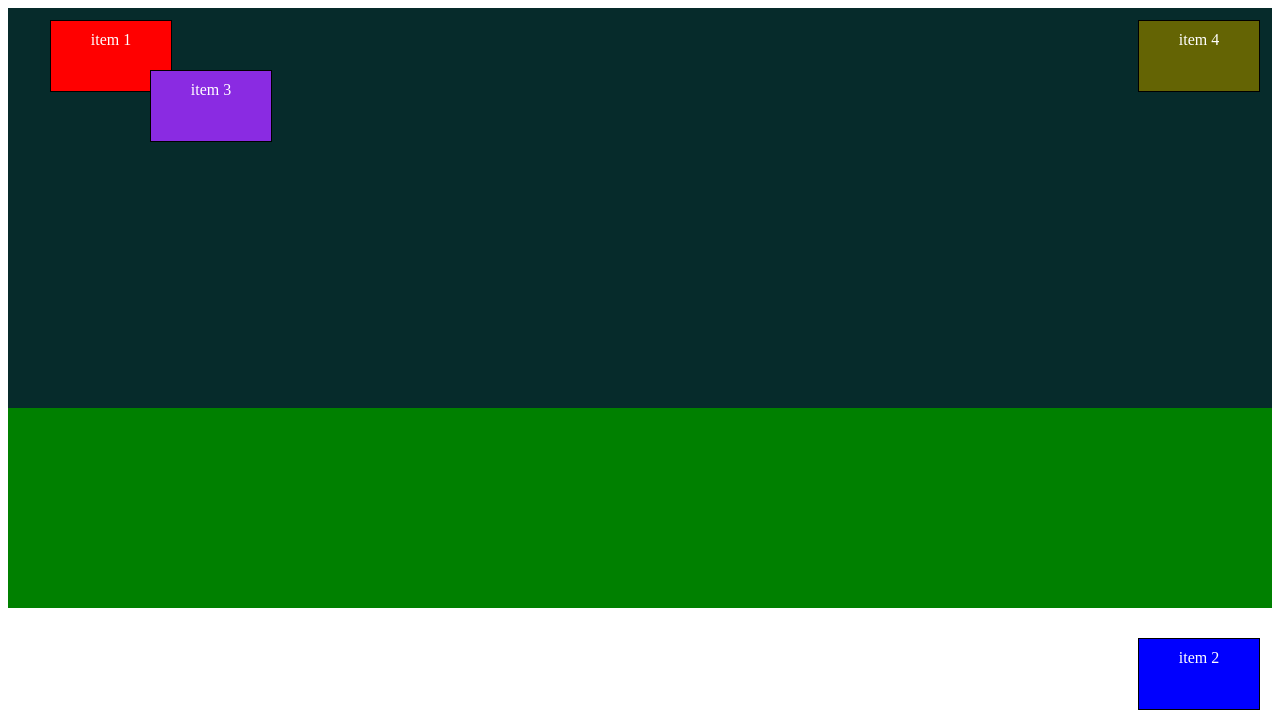
Repository: nmaury/TpsCambodge
Page: InternetProgramming/Css/sample.html
The author's editor kept a copy of each file at every save. The page is drawn from the files as they stood at one save, then again after the next save.
The browser window is 1280 px wide. The pictures show the whole page.

Above is the page before, as saved 2022-12-06 02:46:51.

After the next save:
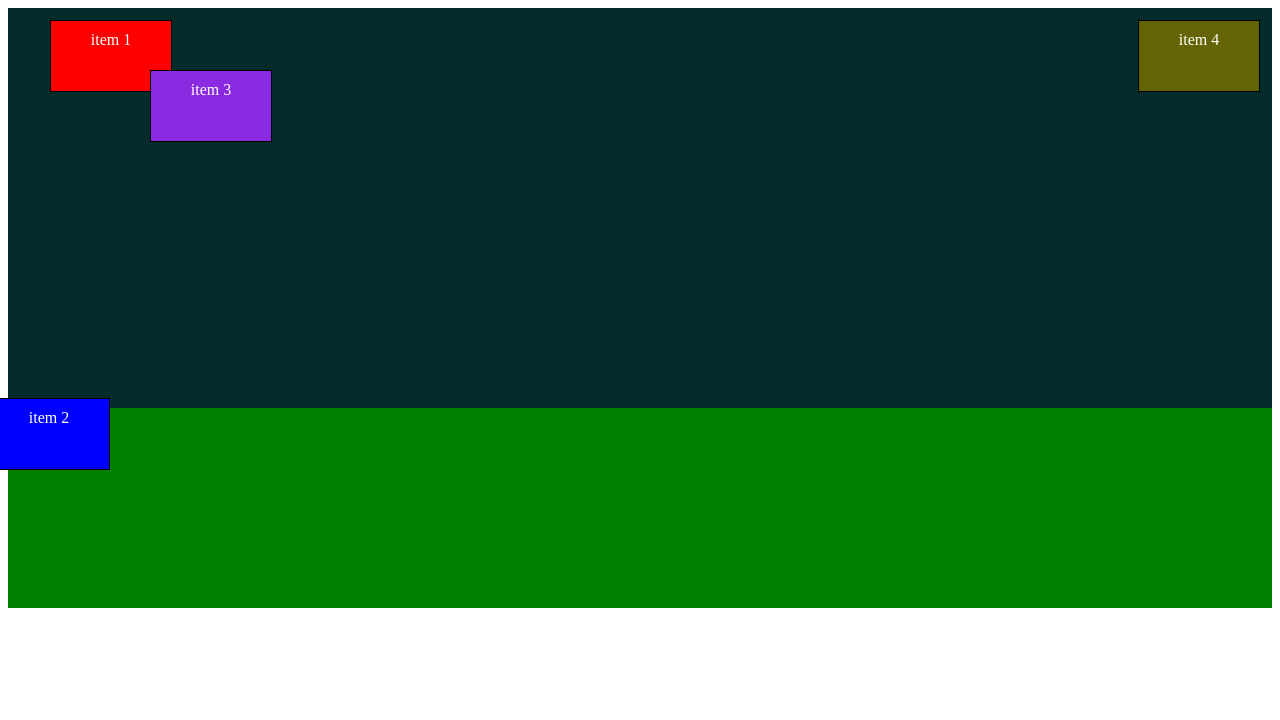
Saved 37 s later.
--- a/InternetProgramming/Css/sample.css
+++ b/InternetProgramming/Css/sample.css
@@ -17,6 +17,7 @@
     background-color: blue;
     right: 20px;
     bottom: 10px;
+    position: relative;
 }
 .item3{
     background-color: blueviolet;
